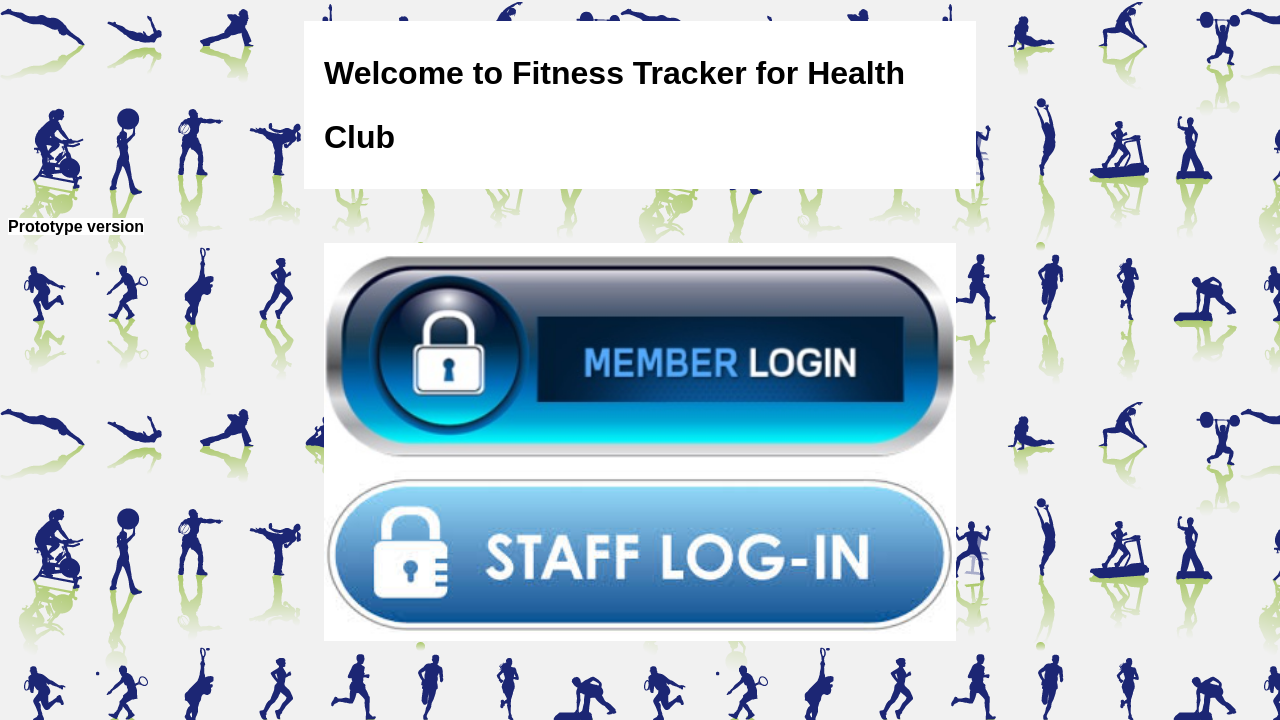
Repository: dmiropol/FitnessMemberTracker
Page: http://localhost/
These files come from the project's save history. The page is drawn as it stood at one moment and after the next save; the edit follows.
The browser window is 1280 px wide. The pictures show the whole page.
The page is served by the project's Node server (app.js).

Above is the page before, as saved 2018-11-16 10:33:50.

### views/index.ejs
<!DOCTYPE html>
<html>
  <head>
    <title><%= title %></title>
    <link rel='stylesheet' href='/stylesheets/style.css' />
  </head>
  <body background="background.png">
    <h1 class="center">Welcome to <%= title %></h1>
    <h3 class="right">Prototype version</h3>
    <a href="/member"><img border="0" alt="member area" src="MemberLogin.jpg"  class="center">
    <a href="/staff"><img border="0" alt="staff area" src="StaffLogin.jpg" class="center">
  </body>
</html>

### app.js

/**
 * Module dependencies.
 */

var express = require('express')
  , http = require('http')
  , path = require('path')
  , bodyParser = require('body-parser')
  , storage = require('./storage')
  , fs = require('fs');

var app = express();

// all environments
app.set('port', process.env.PORT || 8080);
app.set('views', __dirname + '/views');
app.set('view engine', 'ejs');
app.use(express.static(path.join(__dirname, 'public')));
app.use(bodyParser.json());
app.use(bodyParser.urlencoded({ extended: true }));

function index(req, res){
	res.render('index', {title: 'Fitness Tracker for Health Club'});
}

function member(req, res){
	res.render('member', {title: 'Member area'});
}

function uploadRecord(req, res){
	res.render('uploadRecord');
}

function staff(req, res){
	res.render('staff', {title: 'Health Club staff area'});
}


async function getRecordsList(req, res, next){
	var files = await storage.listFiles();
	var recordsList = [];
	for (var i in files) {
		var record = {};
		record.name = files[i].metadata.name;
		record.bucket = files[i].metadata.bucket;
		record.size = files[i].metadata.size;
		recordsList.push(record);
	};
	req.body = {recordsList};
	next();
}

function listRecords(req, res){
	var recordsList = req.body.recordsList;
	res.render('listRecords', {records: recordsList, action: 'show'});
}

async function uploadRecords(req, res){
	var fileName = req.params.record + '.json';
	var jsonObj = JSON.parse(req.body.JSONbody);
	var lines = '';

	for (var i in jsonObj){
		lines += JSON.stringify(jsonObj[i]) + '\n';
	}
	console.log('Got ' + req.method + ' request to store ' + fileName +
				' content into ' + lines.length + ' lines');
	fs.writeFile(fileName, lines, 'utf8', function (err) {
	    if (err)  return console.log(err);
	    console.log(fileName + ' locally added and will be uploaded to storage.')
	});
	await storage.uploadFile(fileName);
	fs.unlink(fileName, function (err) {
	    if (err)  return console.log(err);
	    console.log(fileName + ' locally deleted.')
	});
	res.render('actionconfirm', { action: 'Upload', record: storage.getPrivateUrl(fileName)});
}

function deleteRecords(req, res){
	var recordsList = req.body.recordsList;
	res.render('listrecords', { records: recordsList, action: 'delete'});
}

async function deleteFile(req, res, next){
	await storage.deleteFile(req.params.fileName);
	res.render('actionconfirm', { action: 'Delete', record: req.params.fileName});
}

async function showFile(req, res, next){
	var destFile = './temp.txt';
	var srcFile = req.params.fileName;
	await storage.downloadFile(srcFile, destFile);

	var content = fs.readFileSync(destFile, 'utf-8');
	fs.unlink(destFile, function (err) {
	    if (err)  return console.log(err);
	    console.log(destFile + ' locally deleted.')
	});
	res.render('actionconfirm', { action: 'Show', record: srcFile, content: content});
}

app.get('/', index);
app.get('/member', member);
app.get('/staff', staff);
app.get('/list/records', getRecordsList, listRecords);
app.get('/show/records/:fileName', showFile);
app.get('/upload/records', uploadRecord);
app.post('/upload/records/:record', uploadRecords);
app.get('/delete/records', getRecordsList, deleteRecords);
app.get('/delete/records/:fileName', deleteFile);


http.createServer(app).listen(app.get('port'), function(){
  console.log('Express server listening on port ' + app.get('port'));
});

### storage.js
/**
 * Copyright 2017, Google, Inc.
 * Licensed under the Apache License, Version 2.0 (the "License");
 * you may not use this file except in compliance with the License.
 * You may obtain a copy of the License at
 *
 *    http://www.apache.org/licenses/LICENSE-2.0
 *
 * Unless required by applicable law or agreed to in writing, software
 * distributed under the License is distributed on an "AS IS" BASIS,
 * WITHOUT WARRANTIES OR CONDITIONS OF ANY KIND, either express or implied.
 * See the License for the specific language governing permissions and
 * limitations under the License.
 */

/**
 * This application demonstrates how to perform basic operations on files with
 * the Google Cloud Storage API.
 *
 * For more information, see the README.md under /storage and the documentation
 * at https://cloud.google.com/storage/docs.
 */

'use strict';


const {Storage} = require('@google-cloud/storage');
const storage = new Storage({ projectId: 'iot2analytics-2018' });
const bucketName = 'member_fitness_tracker_storage';

async function uploadFile(filename) {
	await storage.bucket(bucketName).upload(filename, {
		contentType: 'application/json'
	});
console.log(`${filename} uploaded to ${bucketName}.`);

}

function getPrivateUrl(filename) {
	  return `https://storage.googleapis.com/${bucketName}/${filename}`;
}

async function listFiles() {
	const [files] = await storage.bucket(bucketName).getFiles();

	  console.log('Files:');
	  files.forEach(file => {
	    console.log(file.name);
	    //console.log(file.metadata);
	  });

	  return files;
	}

async function downloadFile(srcFilename, destFilename) {

  const options = {
    // The path to which the file should be downloaded, e.g. "./file.txt"
    destination: destFilename,
  };

  // Downloads the file
  await storage
    .bucket(bucketName)
    .file(srcFilename)
    .download(options);

  console.log(
    `gs://${bucketName}/${srcFilename} downloaded to ${destFilename}.`
  );
  // [END storage_download_file]
}

async function deleteFile(filename) {
  // Deletes the file from the bucket
  await storage
    .bucket(bucketName)
    .file(filename)
    .delete();

  console.log(`gs://${bucketName}/${filename} deleted.`);
  // [END storage_delete_file]
}

async function getMetadata(filename) {
  // Gets the metadata for the file
  const [metadata] = await storage
    .bucket(bucketName)
    .file(filename)
    .getMetadata();

  console.log(`File: ${metadata.name}`);
  console.log(`Bucket: ${metadata.bucket}`);
  console.log(`Storage class: ${metadata.storageClass}`);
  console.log(`Self link: ${metadata.selfLink}`);
  console.log(`ID: ${metadata.id}`);
  console.log(`Size: ${metadata.size}`);
  console.log(`Updated: ${metadata.updated}`);
  console.log(`Generation: ${metadata.generation}`);
  console.log(`Metageneration: ${metadata.metageneration}`);
  console.log(`Etag: ${metadata.etag}`);
  console.log(`Owner: ${metadata.owner}`);
  console.log(`Component count: ${metadata.component_count}`);
  console.log(`Crc32c: ${metadata.crc32c}`);
  console.log(`md5Hash: ${metadata.md5Hash}`);
  console.log(`Cache-control: ${metadata.cacheControl}`);
  console.log(`Content-type: ${metadata.contentType}`);
  console.log(`Content-disposition: ${metadata.contentDisposition}`);
  console.log(`Content-encoding: ${metadata.contentEncoding}`);
  console.log(`Content-language: ${metadata.contentLanguage}`);
  console.log(`Media link: ${metadata.mediaLink}`);
  console.log(`KMS Key Name: ${metadata.kmsKeyName}`);
  console.log(`Temporary Hold: ${metadata.temporaryHold}`);
  console.log(`Event-based hold: ${metadata.eventBasedHold}`);
  console.log(`Effective Expiration Time: ${metadata.effectiveExpirationTime}`);
  console.log(`Metadata: ${metadata.metadata}`);
  // [END storage_get_metadata]
}



module.exports = {
	uploadFile,
	getPrivateUrl,
	listFiles,
	getMetadata,
  deleteFile,
  downloadFile,
};

### public/stylesheets/style.css
ul {
    list-style-type: none;
    margin: 0;
    padding: 0;
    overflow: hidden;
    background-color: #606060;
}

li {
    float: left;
}

li a, .dropbtn {
    display: inline-block;
    color: white;
    text-align: center;
    padding: 14px 16px;
    text-decoration: none;
}

li a:hover, .dropdown:hover .dropbtn {
    background-color: #005392;
}

li.dropdown {
    display: inline-block;
}

.dropdown-content {
    display: none;
    position: absolute;
    background-color: #f9f9f9;
    min-width: 160px;
    box-shadow: 0px 8px 16px 0px rgba(0,0,0,0.2);
    z-index: 1;
}

.dropdown-content a {
    color: black;
    padding: 12px 16px;
    text-decoration: none;
    display: block;
    text-align: left;
}

.dropdown-content a:hover {background-color: #f1f1f1}

.dropdown:hover .dropdown-content {
    display: block;
}

.footer {
    position: fixed;
    left: 8px;
    bottom: 8px;
    width: 99%;
    background-color: #606060;
    color: white;
    text-align: left;
}

.footer p{
    text-decoration: underline;
    left: 10px;
}

textarea {
    border: 1 grey;
    overflow: hidden;
    padding: 0;
    outline: none;
    overflow-y:scroll;
    overflow-x:scroll;
    font-family:"Courier";
    font-size: 12px;
}

input {
	font-size: 14px;
    padding: 2px;
/*   float: left; */
}

.button {
    background-color: #555555;
    border: none;
    color: white;
    padding: 15px 32px;
    text-align: center;
    text-decoration: none;
    display: inline-block;
    font-size: 16px;
}

.listKeys {
	padding-left: 2em;
}

select  {
	font-size: 14px;
}

.center {
    display: block;
    margin-left: auto;
    margin-right: auto;
    width: 50%;
}

h1, h2{
	background: white;
	display: inline;
	padding:20px;
    line-height: 2em;
    font-family: Arial, Helvetica, sans-serif;
    font-size: 32px;
}
h3{
	background: white;
	display: inline;
	padding:0px;
    line-height: 2em;
    font-family: Arial, Helvetica, sans-serif;
    font-size: 16px;
}

After the next save:
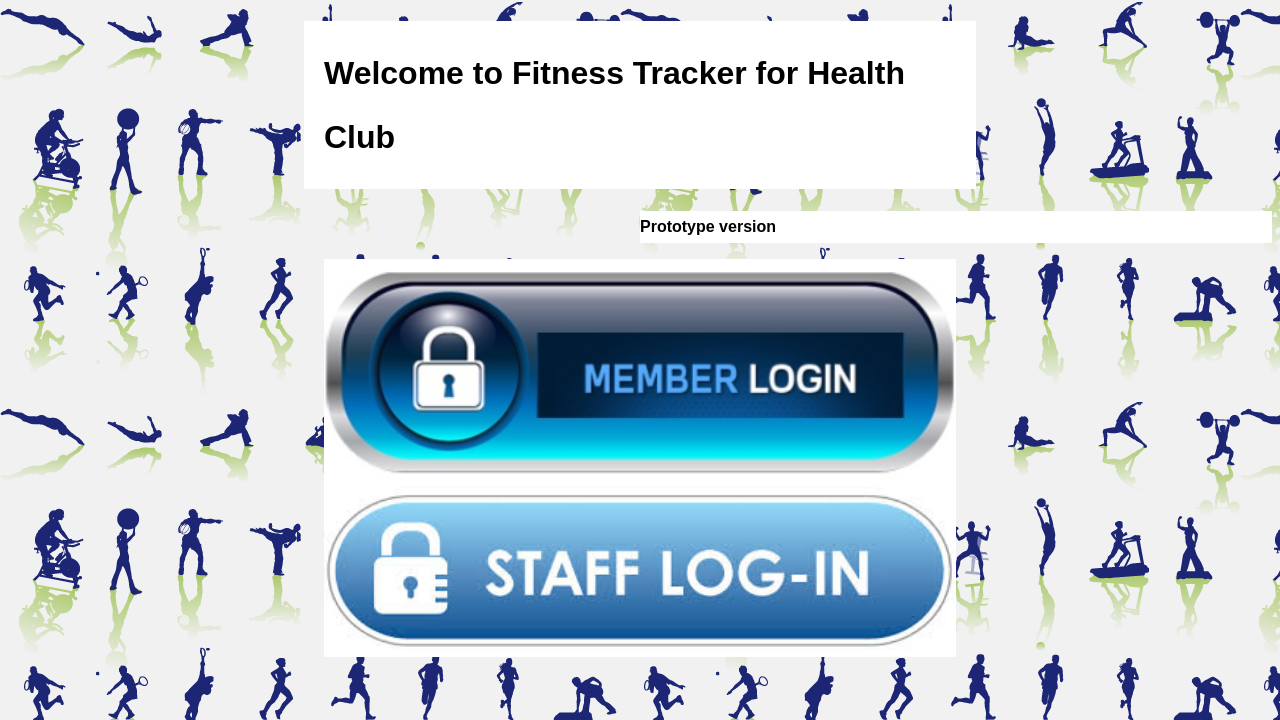
Saved 21 s later.
--- a/public/stylesheets/style.css
+++ b/public/stylesheets/style.css
@@ -107,6 +107,13 @@ select  {
     width: 50%;
 }
 
+.right {
+    display: block;
+    margin-left: auto;
+    margin-right: 0;
+    width: 50%;
+}
+
 h1, h2{
 	background: white;
 	display: inline;
